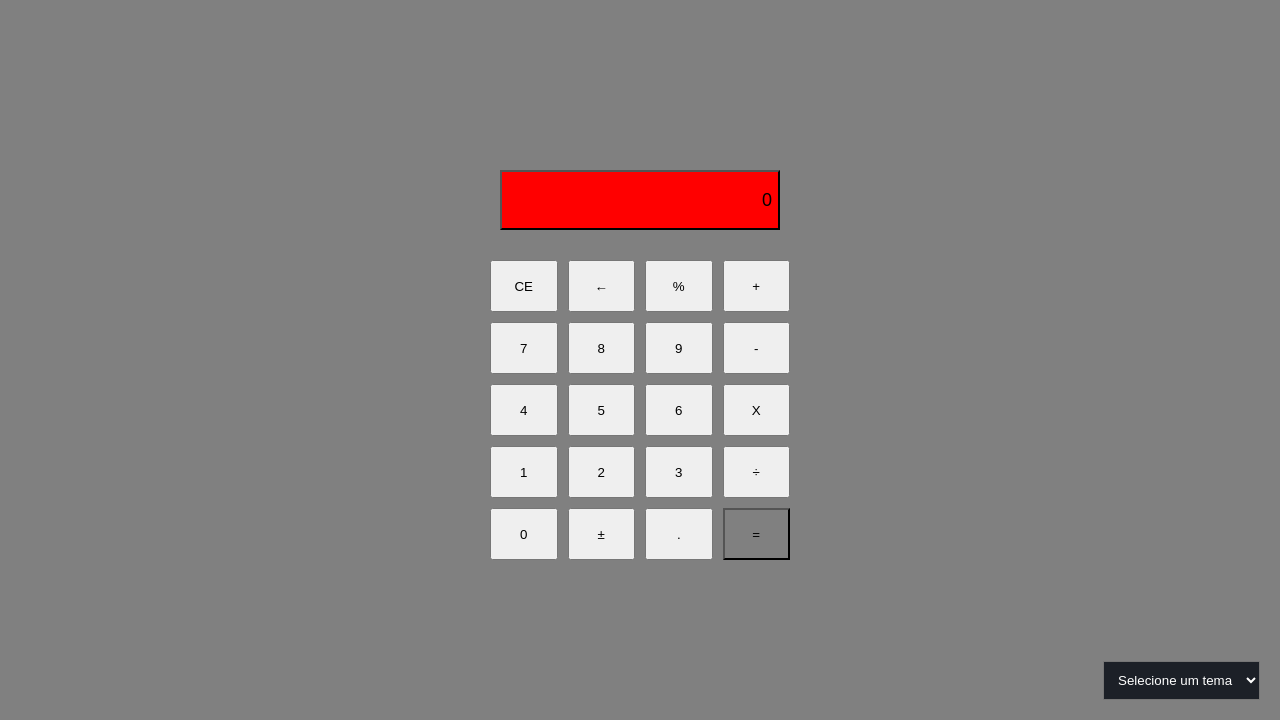
Repository: thislucasme/changing-theme-color-html-css-js
Page: index.html
These files come from the project's save history. The page is drawn as it stood at one moment and after the next save; the edit follows.
The browser window is 1280 px wide. The pictures show the whole page.

Above is the page before, as saved 2022-06-29 16:33:58.

### index.html
<!DOCTYPE html>
<html lang="pt_BR">

<head>
    <meta charset="UTF-8">
    <meta http-equiv="X-UA-Compatible" content="IE=edge">
    <meta name="viewport" content="width=device-width, initial-scale=1.0">
    <title>Atividade 22 - Calculadora Javascript</title>
    <link href="css/estilo.css" rel="stylesheet"/>
</head>

<body>
    <div class="calculadora">
        <div class="painel" >
            <div class="operacao" ></div>
            <div class="resultado"></div>
            <button id="resultado"  name="resultado">0</button>
        </div>

        <div class="botoes">
            <button class="botao" id="apagar" onclick="limpar(0)">CE</button>
            <button class="botao" id="apagar" onclick="apagarUltimo()">&#8592;</button>
            <button class="botao" id="porcentagem" onclick="porcentagem()">%</button>
            <button class="botao" id="soma" onclick="verificarSinal('+')">+</button>
            <button class="botao" id="sete" onclick="pegarNumero(7)">7</button>
            <button class="botao" id="oito" onclick="pegarNumero(8)">8</button>
            <button class="botao" id="nove" onclick="pegarNumero(9)">9</button>
            <button class="botao" id="subtrair" onclick="verificarSinal('-')">-</button>
            <button class="botao" id="quatro" onclick="pegarNumero(4)">4</button>
            <button class="botao" id="cinco" onclick="pegarNumero(5)">5</button>
            <button class="botao" id="seis" onclick="pegarNumero(6)">6</button>
            <button class="botao" id="multiplicar" onclick="verificarSinal('x')">X</button>
            <button class="botao" id="um" onclick="pegarNumero(1)">1</button>
            <button class="botao" id="dois" onclick="pegarNumero(2)">2</button>
            <button class="botao" id="3" onclick="pegarNumero(3)">3</button>
            <button class="botao" id="dividir" onclick="verificarSinal('/')">&#247;</button>
            <button class="botao" id="0" onclick="pegarNumero(0)">0</button>
            <button class="botao" id="mais/menos" onclick="mudarSinal()">&#177;</button>
            <button class="botao" id="virgula" onclick="colocarPonto()">.</button>
            <button class="botao" id="igual" onclick="darResultado()">=</button>
        </div>
    </div>
    <select name="tema" id="tema" >
        <option value="tema-padrao">Selecione um tema</option>
        <option value="tema-1">Tema 1</option>
        <option value="tema-2">Tema 2</option>
        <option value="tema-3">Tema 3</option>
        <option value="tema-4">Tema 4</option>
        <option value="tema-5">Tema 5</option>
    </select>
</body>

<script src="js/script.js" ></script>

</html>

### css/estilo.css
body {
    background-color: grey;
}

html {
    margin: 0;
    padding: 0;
    height: 100vh;
    display: flex;
    justify-content: center;
    align-items: center;
}

.tema-padrao {
    --color-primary: #0060df;
    --color-secondary: #fbfbfe;
    --color-accent: #fd6f53;
    --font-color: #000000;
    --visor-color: #000000;
    --visor-interno-color: #9b0e6c;
    --cor-botao-igual: rgb(33, 241, 50);
}

.tema-1 {
    --color-primary: #0060df;
    --color-secondary: #fbfbfe;
    --color-accent: #fd6f53;
    --font-color: #000000;
    --visor-color: #000000;
    --visor-interno-color: #696969;
    --cor-botao-igual: rgb(210, 241, 33);
}

.theme-dark {
    --color-primary: #17ed90;
    --color-secondary: #243133;
    --color-accent: #12cdea;
    --font-color: #ffffff;
    --visor-color: #000000;
    --visor-interno-color: #575107;
    --cor-botao-igual: rgb(238, 61, 61);
}

.calculadora {
    width: 300px;
    height: 400px;
    background-color: var(--color-secondary);
    border-radius: 20px;
    padding: 25px;
    display: flex;
    flex-direction: column;

}

#igual {
    background-color: var(--cor-botao-igual);
}



.painel {
    height: 80px;
    width: 100%;
    background-color: var(--visor-color);
    margin-bottom: 20px;
    font-family: 'LCDMono2 Bold', monospace;
    color: rgba(0, 0, 0, 0.6);
    text-shadow: 4px 4px 3px rgb(0 0 0 / 30%);
    padding: 10px;
    box-sizing: border-box;
    text-align: right;
}

#resultado {
    background-color: red;
    height: 60px;
    width: 100%;
    text-align: right;
    font-size: 18px;
}

.botoes {

    display: grid;
    grid-template-columns: repeat(4, 1fr);
    grid-template-rows: repeat(5, 1fr);
    gap: 10px;
    flex: 1;
}

.botoes a {

    background-color: #666;
    text-decoration: none;
    color: black;
    text-align: center;
    font-size: 1.5em;
    display: flex;
    justify-content: center;
    align-items: center;
}

.btn-igual {
    grid-row-start: 4;
    grid-row-end: 6;
    grid-column-start: 4;

}

.btn-c {
    grid-column-start: 1;
    grid-column-end: 3;
}

.btn-0 {
    grid-column-start: 1;
    grid-column-end: 3;
}

#tema {
    background-color: rgb(28, 32, 39);
    color: white;
    padding: 10px;
    position: fixed;
    bottom: 20px;
    right: 20px;
}

#tema>option:hover {
    box-shadow: 0 0 10px 100px #a86218 inset;

}

.tema-1 {
    background-color: grey;
}

.tema-1 .botoes a {
    background-color: aquamarine;
    box-shadow: #666;
}

.tema-2 {
    background-color: red;
}

.tema-3 {
    background-color: azul;
}

.tema-4 {
    background-color: aquamarine;
}

@font-face {
    font-family: 'LCDMono2 Bold';
    font-style: normal;
    font-weight: normal;
    src: local('LCDMono2 Bold'), url('../fonts/LCDM2B__.woff') format('woff');
}

### js/script.js
const nmrTela = document.getElementById("resultado")
var valoresEspaco = '';
var valores = []
window.addEventListener("keydown", teclado);



function pegarNumero(numero) {
    if (nmrTela.innerHTML == "0") {
        nmrTela.innerHTML = numero
    }
    else {
        nmrTela.innerHTML += `${numero}`
    }
}

function verificarSinal(sinal) {
    if (valores.length <= 1) {
        valoresEspaco = nmrTela.innerHTML.split(' ')
        valores.push(parseFloat(nmrTela.innerHTML))
        nmrTela.innerHTML += ` ${sinal} `
        valores.push(sinal)
    }
}

function porcentagem() {
    var caracteres = nmrTela.innerHTML.split(' ')
    console.log(caracteres.length, caracteres)
    if (caracteres.length == 3) {
        var valorPorCento = parseFloat(caracteres[2]) / 100
        var caracteresValor2 = caracteres[2].split('')
        if (caracteresValor2.length != 0) {
            if (caracteresValor2[caracteresValor2.length - 1] != "%") {
                nmrTela.innerHTML += '%'
            }
            valores.push(valorPorCento)
        }
    }
}

function colocarPonto() {
    var caracteresDaConta = []
    var caracteresValor1 = []
    var caracteresValor2 = []
    caracteresDaConta.push(nmrTela.innerHTML.trim().split(' '))//separa entre valor 1, operação e valor2
    caracteresValor1.push(caracteresDaConta[0][0].split(''))//separa cada caractere do valor 1

    if (caracteresDaConta[0].length == 3) {
        caracteresValor2.push(caracteresDaConta[0][2].split(''))//se exister 3 posições, separa cada caractere do valor 2
        verificarSeExistePonto(caracteresValor2)
    }

    verificarSeExistePonto(caracteresValor1)

    function verificarSeExistePonto(caracteresValor) {
        for (let i in caracteresValor[0]) {
            if (caracteresValor[0][i] == '.') {
                var acumuladora = '.'
            }
        }

        if (!(acumuladora == '.')) {
            nmrTela.innerHTML += '.'
        }
    }
}

function mudarSinal() {
    const caracteresDaConta = nmrTela.innerHTML.trim().split(' ')
    let caracteresValor1 = caracteresDaConta[0].split('')
    let valor1 = ''
    let valor2 = ''

    if (caracteresDaConta.length == 3) {
        var caracteresValor2 = caracteresDaConta[2].split('')

        if (caracteresValor2[0] == '-') {
            caracteresValor2.shift()
            imprimirValor(caracteresValor2, valor2, caracteresDaConta)
        }
        else {
            caracteresValor2.unshift('-')
            imprimirValor(caracteresValor2, valor2, caracteresDaConta);
        }
    }

    if (valores.length == 0) {
        if (caracteresValor1[0] == "-") {
            caracteresValor1.shift()
            imprimirValor(caracteresValor1, valor1)
        }
        else {
            caracteresValor1.unshift('-')
            imprimirValor(caracteresValor1, valor1)
        }
    }

    function imprimirValor(caracteresValor, valorNumero, caracteresConta) {
        caracteresValor.forEach(valor => {
            valorNumero += valor;
        })
        if (caracteresConta != undefined) {
            nmrTela.innerHTML = `${caracteresConta[0]} ${caracteresConta[1]} ${valorNumero}`
        }
        else {
            nmrTela.innerHTML = valorNumero
        }
    }
}

function darResultado() {
    var resultado = 0
    var operacao = valores[1]
    if (operacao == '-') {
        tratarResultado('-')
    }
    else if (operacao == '+') {
        tratarResultado('+')
    }
    else if (operacao == 'x') {
        tratarResultado('*')
    }
    else if (operacao == '/') {
        tratarResultado('/')
    }
    valores.splice(0, 3)

    function tratarResultado(operacao) {
        valoresEspaco = nmrTela.innerHTML.split(' ')
        valores.push(valoresEspaco[2])
        switch (operacao) {
            case '-':
                resultado = parseFloat(valores[0]) - parseFloat(valores[2])
                limpar(resultado)
                break;
            case '+':
                resultado = parseFloat(valores[0]) + parseFloat(valores[2])
                limpar(resultado)
                break;
            case '*':
                resultado = parseFloat(valores[0]) * parseFloat(valores[2])
                limpar(resultado)
                break;
            case '/':
                resultado = parseFloat(valores[0]) / parseFloat(valores[2])
                limpar(resultado)
                break;
        }
    }
}

function limpar(valor) {
    valores.splice(0, 3)
    nmrTela.innerHTML = valor
}

function apagarUltimo() {
    var caracteres = nmrTela.innerHTML.trim().split('')
    var arrayCaracteresTela = ""
    caracteres.pop()
    for (let i in caracteres) { arrayCaracteresTela += caracteres[i] }
    if ((arrayCaracteresTela == []) || (arrayCaracteresTela == '-')) {
        nmrTela.innerHTML = 0
    }
    else {
        nmrTela.innerHTML = arrayCaracteresTela
    }

    if (caracteres.length == 0) {
        valores.pop()
        valores.pop()
    }
}

function teclado() {
    const numbers = '0123456789'
    const operadores = '+-/x'
    var tecla = event.key
    if (numbers.includes(tecla)) {
        pegarNumero(tecla)
    }
    else if (operadores.includes(tecla)) {
        verificarSinal(tecla)
    }
    else switch (tecla) {
        case '*':
            verificarSinal('x')
            break;
        case '%':
            porcentagem()
            break;
        case '.':
        case ',':
            colocarPonto();
            break;
        case '=':
        case 'Enter':
            darResultado();
            break;
        case 'Backspace':
            apagarUltimo()
            break;
        case 'Escape':
            limpar(0);
            break;
    }
}

const options = document.getElementById("tema");

options.addEventListener("change", function () {
    if (options.value) {
        if (options.value === "tema-1") {
            document.documentElement.className = options.value;
        }
        if (options.value === "tema-2") {
            document.getElementsByClassName("calculadora-dois").classList.remove("calculadora-dois");
            document.getElementsByClassName("calculadora-dois").classList.add("calculadora");
        }
        if (options.value === "tema-3") {
            console.log("tema 3")
        }
        if (options.value === "tema-4") {
            console.log("tema 4")
        }
    }
});

After the next save:
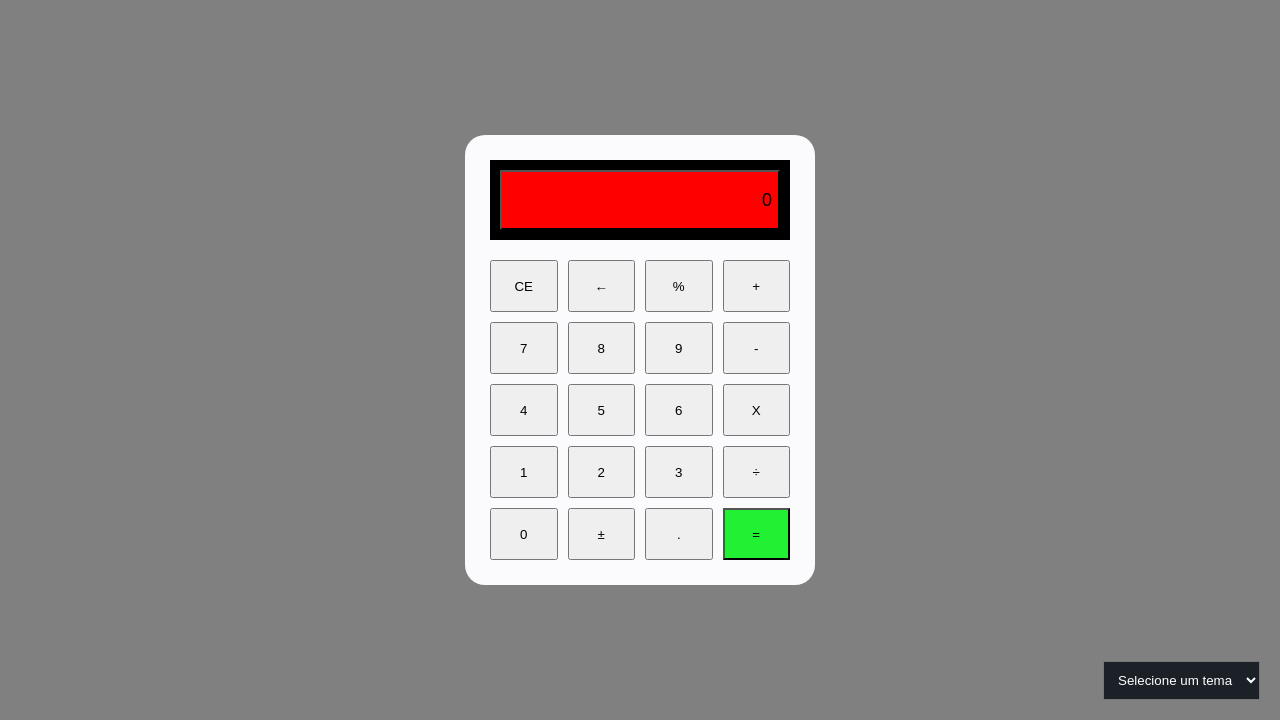
Saved 23 s later.
--- a/js/script.js
+++ b/js/script.js
@@ -208,6 +208,9 @@ function teclado() {
 
 const options = document.getElementById("tema");
 
+//definir o tema padrão
+document.documentElement.className = "tema-padrao";
+
 options.addEventListener("change", function () {
     if (options.value) {
         if (options.value === "tema-1") {
